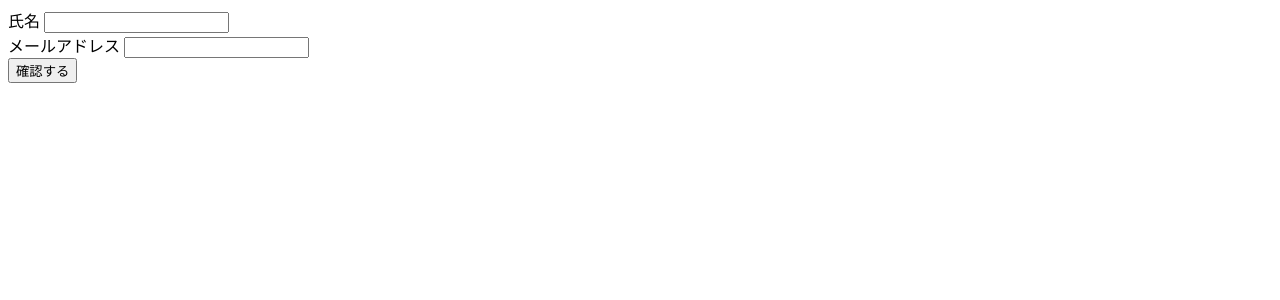
Repository: iwaki-toshiyuki/PHP-practice
Page: http://localhost/php_test2/form/input.php
An editor plug-in stored every save of this project. The page is shown before and after a run of saves, followed by the edit.
The browser window is 1280 px wide. The pictures show the whole page.
The page is run by PHP 8.4 with error messages shown; the project is at /var/www/html/.

Above is the page before, as saved 2024-03-06 10:40:05.

### php_test2/form/input.php
<?php
// スーパーグローバル変数 php 9種類
//連想配列
if (!empty($_POST)) {
  echo '<pre>';
  var_dump($_POST);
  echo '</pre>';
}

function h($str)
{

}

// 入力、確認、完了

$pageFlag = 0;

if (!empty($_POST['btn_confirm'])) {
  $pageFlag = 1;
}

if (!empty($_POST['btn_submit'])) {
  $pageFlag = 2;
}

?>

<!DOCTYPE html>
<meta charset="utf-8">

<head></head>

<body>

  <?php if ($pageFlag == 1) : ?>
    <form method='POST' action='input.php'>
      氏名
      <?php echo $_POST['your_name']; ?>
      <br>
      メールアドレス
      <?php echo $_POST['email']; ?>
      <br>
      <input type="submit" name="back" value="戻る">
      <input type="submit" name="btn_submit" value="送信する">
      <input type="hidden" name="your_name" value="<?php echo $_POST['your_name']; ?>">
      <input type="hidden" name="email" value="<?php echo $_POST['email']; ?>">
    <?php endif; ?>

    <?php if ($pageFlag == 2) : ?>
      送信が完了しました。
    <?php endif; ?>


    <?php if ($pageFlag == 0) : ?>
      <form method='POST' action='input.php'>
        氏名
        <input type="text" name="your_name" value="<?php if(!empty($_POST['your_name'])){echo $_POST['your_name'] ;} ?>">
        <br>
        メールアドレス
        <input type="email" name="email" value="<?php if(!empty($_POST['email'])){echo $_POST['email'];} ?>">
        <br>
        <input type="submit" name="btn_confirm" value="確認する">

      </form>
    <?php endif; ?>

</body>

</html>

After the next 4 saves:
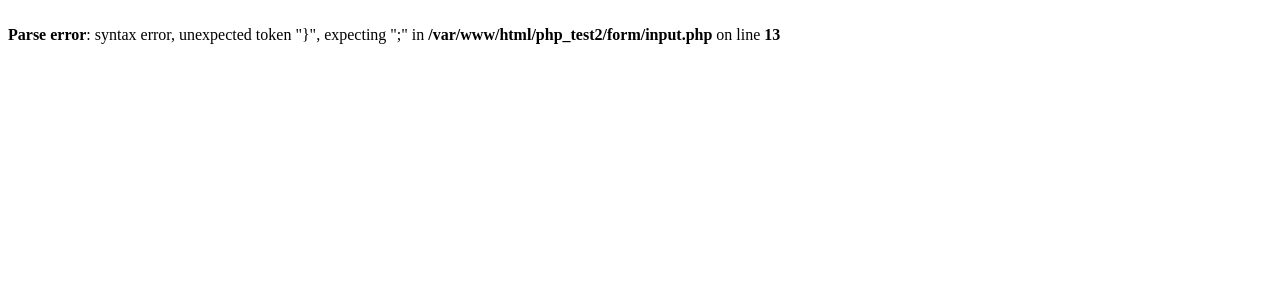
The 4 saves are shown as one change because they came seconds apart.
The last was saved 12 s later.
--- a/php_test2/form/input.php
+++ b/php_test2/form/input.php
@@ -9,7 +9,7 @@
 
 function h($str)
 {
-
+  return html
 }
 
 // 入力、確認、完了
